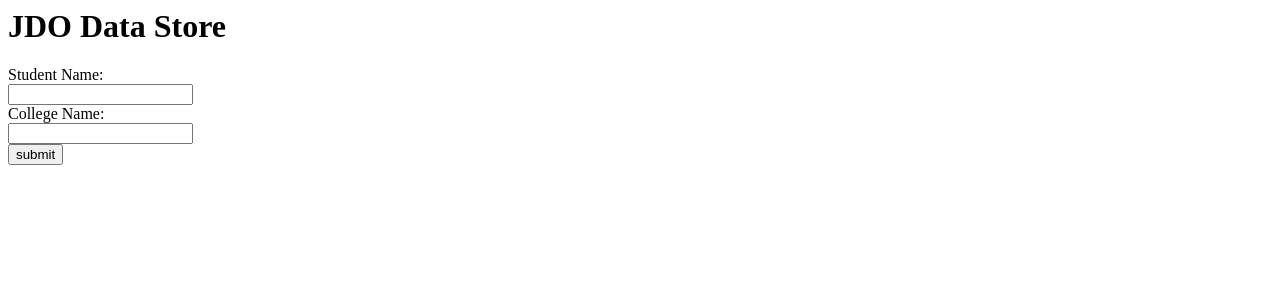
Repository: TharanyaM/Adaptavant--project
Page: Jdo/war/index.html
These files come from the project's save history. The page is drawn as it stood at one moment and after the next save; the edit follows.
The browser window is 1280 px wide. The pictures show the whole page.

Above is the page before, as saved 2015-10-13 11:25:17.

### Jdo/war/index.html
<!DOCTYPE HTML PUBLIC "-//W3C//DTD HTML 4.01 Transitional//EN">
<!-- The HTML 4.01 Transitional DOCTYPE declaration-->
<!-- above set at the top of the file will set     -->
<!-- the browser's rendering engine into           -->
<!-- "Quirks Mode". Replacing this declaration     -->
<!-- with a "Standards Mode" doctype is supported, -->
<!-- but may lead to some differences in layout.   -->

<html>
  <head>
    <meta http-equiv="content-type" content="text/html; charset=UTF-8">
    <title>datastore</title>
  </head>

  <body>
    <h1>JDO Data Store</h1>

    <form>
  Student Name:<br>
  <input type="text" name="studentname">
  <br>
  College Name:<br>
  <input type="text" name="collegename">
  <br>
  <input type="submit" value="submit">
</form>
  </body>
</html>

After the next save:
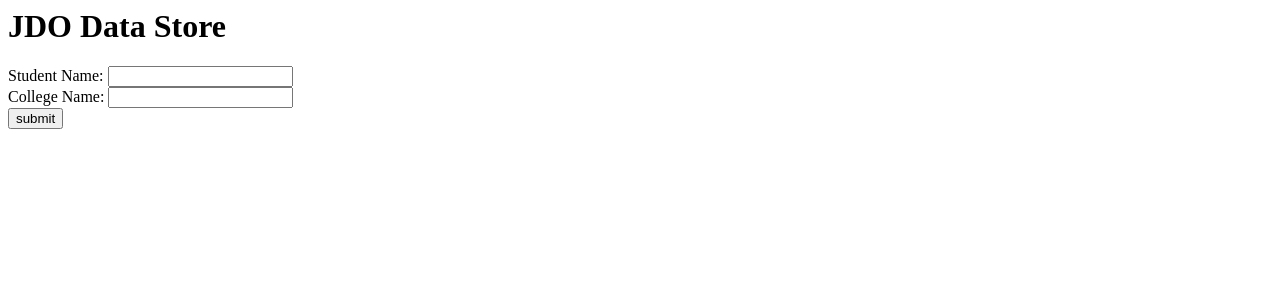
Saved 2 min 40 s later.
--- a/Jdo/war/index.html
+++ b/Jdo/war/index.html
@@ -16,10 +16,10 @@
     <h1>JDO Data Store</h1>
 
     <form>
-  Student Name:<br>
+  Student Name:
   <input type="text" name="studentname">
   <br>
-  College Name:<br>
+  College Name:
   <input type="text" name="collegename">
   <br>
   <input type="submit" value="submit">

After the save that followed:
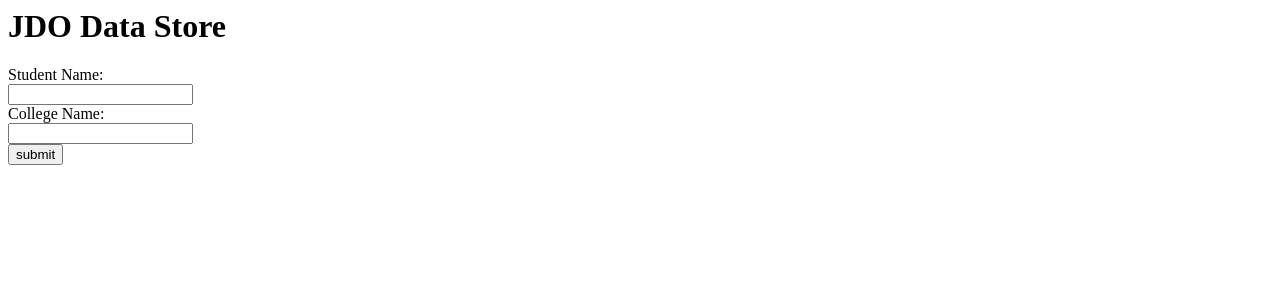
Saved 49 s later.
--- a/Jdo/war/index.html
+++ b/Jdo/war/index.html
@@ -16,10 +16,10 @@
     <h1>JDO Data Store</h1>
 
     <form>
-  Student Name:
+  Student Name:<br>
   <input type="text" name="studentname">
   <br>
-  College Name:
+  College Name:<br>
   <input type="text" name="collegename">
   <br>
   <input type="submit" value="submit">
